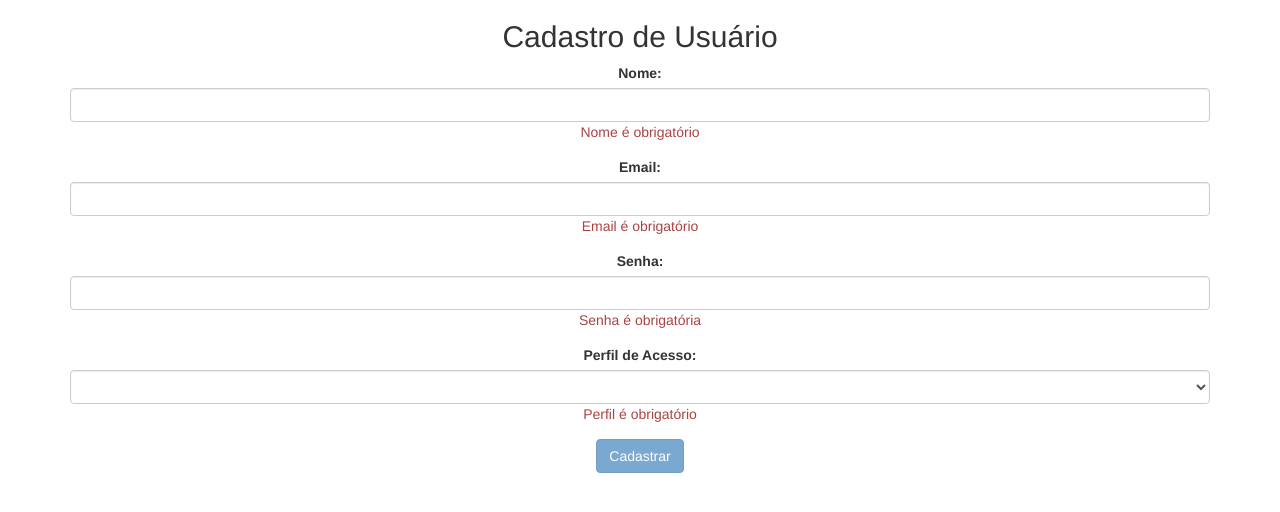
Repository: AndersonSchinemann/ProjetoSaas
Page: TopData/src/main/resources/static/views/cadastro.html
These files come from the project's save history. The page is drawn as it stood at one moment and after the next save; the edit follows.
The browser window is 1280 px wide. The pictures show the whole page.

Above is the page before, as saved 2023-11-13 15:05:12.

### TopData/src/main/resources/static/views/cadastro.html
<!-- Adicione Bootstrap CSS e AngularJS -->
<link rel="stylesheet" href="https://maxcdn.bootstrapcdn.com/bootstrap/3.3.7/css/bootstrap.min.css">

<!-- Adicione ng-bootstrap CSS e JavaScript -->
<!--<link rel="stylesheet" href="https://maxcdn.bootstrapcdn.com/bootstrap/4.5.2/css/bootstrap.min.css">-->
<script src="https://ajax.googleapis.com/ajax/libs/angularjs/1.8.2/angular.min.js"></script>
<!--<script src="https://cdnjs.cloudflare.com/ajax/libs/angular-ui-bootstrap/3.0.6/ui-bootstrap-tpls.min.js"></script>-->

<!-- Seus scripts Angular -->
<script src="js/controllerCad.js"></script>

<div class="container text-center" ng-app="CadastroApp" ng-controller="CadastroController">
  <h2>Cadastro de Usuário</h2>

  <form name="formulario" ng-app>
    <div class="form-group">
      <label for="nome">Nome:</label>
      <input type="text" class="form-control custom-width-input" id="nome" ng-model="usuario.nome" name="nome" required>
      <span ng-class="{'text-danger': formulario.nome.$error.required}" ng-show="formulario.nome.$error.required">Nome é obrigatório</span>
    </div>

    <div class="form-group">
      <label for="email">Email:</label>
      <input type="email" class="form-control" id="email" ng-model="usuario.email" name="email" required>
      <span ng-class="{'text-danger': formulario.email.$error.required}" ng-show="formulario.email.$error.required">Email é obrigatório</span>
      <span ng-class="{'text-danger': formulario.email.$error.email}" ng-show="formulario.email.$error.email">E-mail inválido</span>
    </div>

    <div class="form-group">
      <label for="senha">Senha:</label>
      <input type="password" class="form-control" id="senha" ng-model="usuario.senha" name="senha" required>
      <span ng-class="{'text-danger': formulario.senha.$error.required}" ng-show="formulario.senha.$error.required">Senha é obrigatória</span>
    </div>

    <div class="form-group">
      <label for="perfil">Perfil de Acesso:</label>
      <select class="form-control" id="perfil" ng-model="usuario.perfil" name="perfil" required>
        <option value="admin">Admin</option>
        <option value="usuario">Usuário</option>
      </select>
      <span ng-class="{'text-danger': formulario.perfil.$error.required}" ng-show="formulario.perfil.$error.required">Perfil é obrigatório</span>
    </div>

    <button type="button" class="btn btn-primary" ng-click="cadastrarUsuario()" ng-disabled="formulario.$invalid || formulario.$pristine">Cadastrar</button>
  </form>
</div>

### TopData/src/main/resources/static/js/controllerCad.js
var app = angular.module('CadastroApp',  []);

app.controller('CadastroController', function($scope, $http) {
    $scope.usuario = {};

    $scope.cadastrarUsuario = function() {
        // Aqui você pode enviar os dados para o backend (Spring Boot) usando $http.post
        // Exemplo:
       for (var key in $scope.usuario) {
        if (!$scope.usuario[key]) {
          // Exibe uma mensagem de erro informando qual campo está vazio
          alert('O campo ' + key + ' é obrigatório.');
          return;
        }
      }
      $http.post('/api/usuarios', $scope.usuario)
           .then(function(response) {
		        console.log(response.data);
		        // Exibir mensagem de sucesso
		        alert('Usuário cadastrado com sucesso!');
		    })
		    .catch(function(error) {
		        console.log(error);
		        // Exibir mensagem de erro
		        alert('Erro ao cadastrar usuário. Por favor, tente novamente JS.');
			});

	}

});

After the next save:
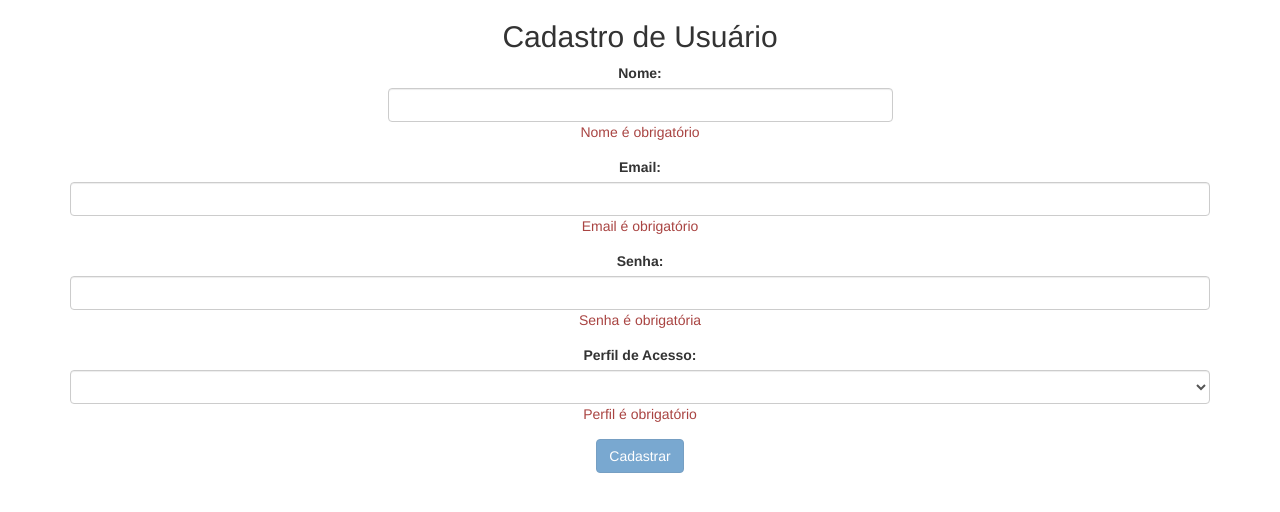
Saved 3 min 3 s later.
--- a/TopData/src/main/resources/static/views/cadastro.html
+++ b/TopData/src/main/resources/static/views/cadastro.html
@@ -5,7 +5,13 @@
 <!--<link rel="stylesheet" href="https://maxcdn.bootstrapcdn.com/bootstrap/4.5.2/css/bootstrap.min.css">-->
 <script src="https://ajax.googleapis.com/ajax/libs/angularjs/1.8.2/angular.min.js"></script>
 <!--<script src="https://cdnjs.cloudflare.com/ajax/libs/angular-ui-bootstrap/3.0.6/ui-bootstrap-tpls.min.js"></script>-->
-
+<style>
+  /* Adicione um estilo personalizado para ajustar a largura dos inputs */
+  .custom-width-input {
+    width: 505px; /* Largura desejada */
+    margin: auto; /* Para centralizar horizontalmente */
+  }
+</style>
 <!-- Seus scripts Angular -->
 <script src="js/controllerCad.js"></script>
 
